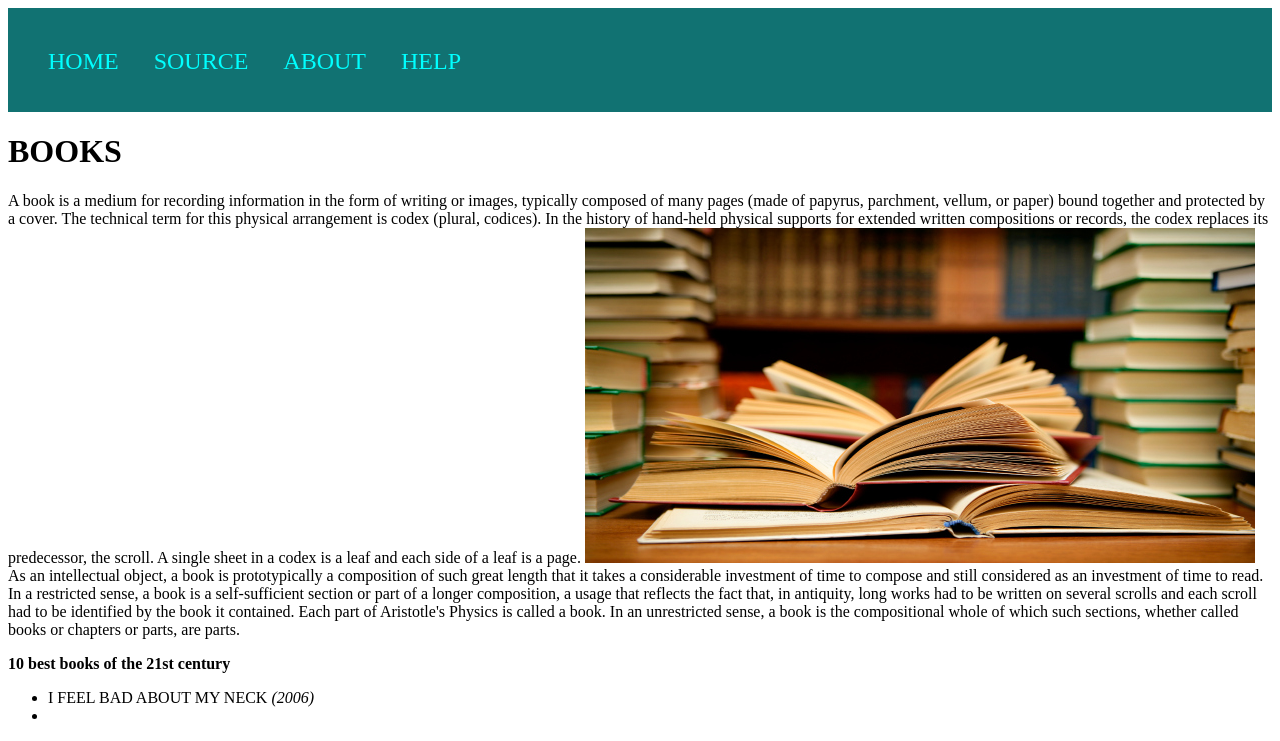
Repository: Hanan-arts/websites
Page: 01 web design/website.html
An editor plug-in stored every save of this project. The page is shown before and after the next save, followed by the edit.
The browser window is 1280 px wide. The pictures show the whole page.

Above is the page before, as saved 2021-02-13 21:18:39.

### 01 web design/website.html
<!DOCTYPE html>
<html lang="en">
<head>
    <meta charset="UTF-8">
    <meta http-equiv="X-UA-Compatible" content="IE=edge">
    <meta name="viewport" content="width=device-width, initial-scale=1.0">
    <title>BOOKS WORLD</title>
</head>
<link rel="stylesheet" href="c.css">
<body>
    <div class="container">
        <div class="nav-wrapper">
        <div class="left-side">
            <div class="nav-link-wrapper">
                <a href="website.html">HOME</a>
            </div>
            <div class="nav-link-wrapper">
                <a href="Source.html">SOURCE</a>
            </div>
                <div class="nav-link-wrapper">
                    <a href="About.html">ABOUT</a>
                </div>
                    <div class="nav-link-wrapper">
                        <a href="Help.html">HELP</a>
                    </div>
                </div>
            </div>
        </div>
        </div>
        </div>
    </div>
<h1><b>BOOKS</b></h1>
<p>A book is a medium for recording information in the form of writing or images, typically composed of
many pages (made of papyrus, parchment, vellum, or paper) bound together and protected by a cover.
The technical term for this physical arrangement is codex (plural, codices). In the history of
hand-held physical supports for extended written compositions or records, the codex replaces its
predecessor, the scroll. A single sheet in a codex is a leaf and each side of a leaf is a page.
<img src="books-for-survey.jpg" ><br>

As an intellectual object, a book is prototypically a composition of such great length that it takes
a considerable investment of time to compose and still considered as an investment of time to read.
In a restricted sense, a book is a self-sufficient section or part of a longer composition,
a usage that reflects the fact that, in antiquity, long works had to be written on several scrolls and
each scroll had to be identified by the book it contained. Each part of Aristotle's Physics is called a
book.
In an unrestricted sense, a book is the compositional whole of which such sections, whether called books
or chapters or parts,
are parts.
</body>
<p><b>10 best books of the 21st century</b></p>
<p>
    <div>
        <ul>
            <li>I FEEL BAD ABOUT MY NECK <i>(2006)

            </i></li>
            <li></li>

        </ul>
    </div>

</p>

</html>

### 01 web design/c.css
.nav-wrapper{
    display:flex;
    justify-content: space-between;
    padding: 40px;
    background-color: rgb(17, 114, 114);
}
.left-side{
    display: flex;
}
.nav-wrapper > .left-side > div {
    margin-right: 35px;
    font-size: 1.5em;
    text-transform: uppercase;
}
.nav-link-wrapper{
    height: 23px;
    border-bottom: 1.2px solid transparent;
    transition: border-bottom 0.7s;
}
.nav-link-wrapper a {
    color: aqua;
    text-decoration: wavy;
    transition: color 0.7s;
}
.nav-link-wrapper:hover{
    border-bottom: 1.5px solid gray;
}
.nav-link-wrapper a:hover{
    color: gray;
}

After the next save:
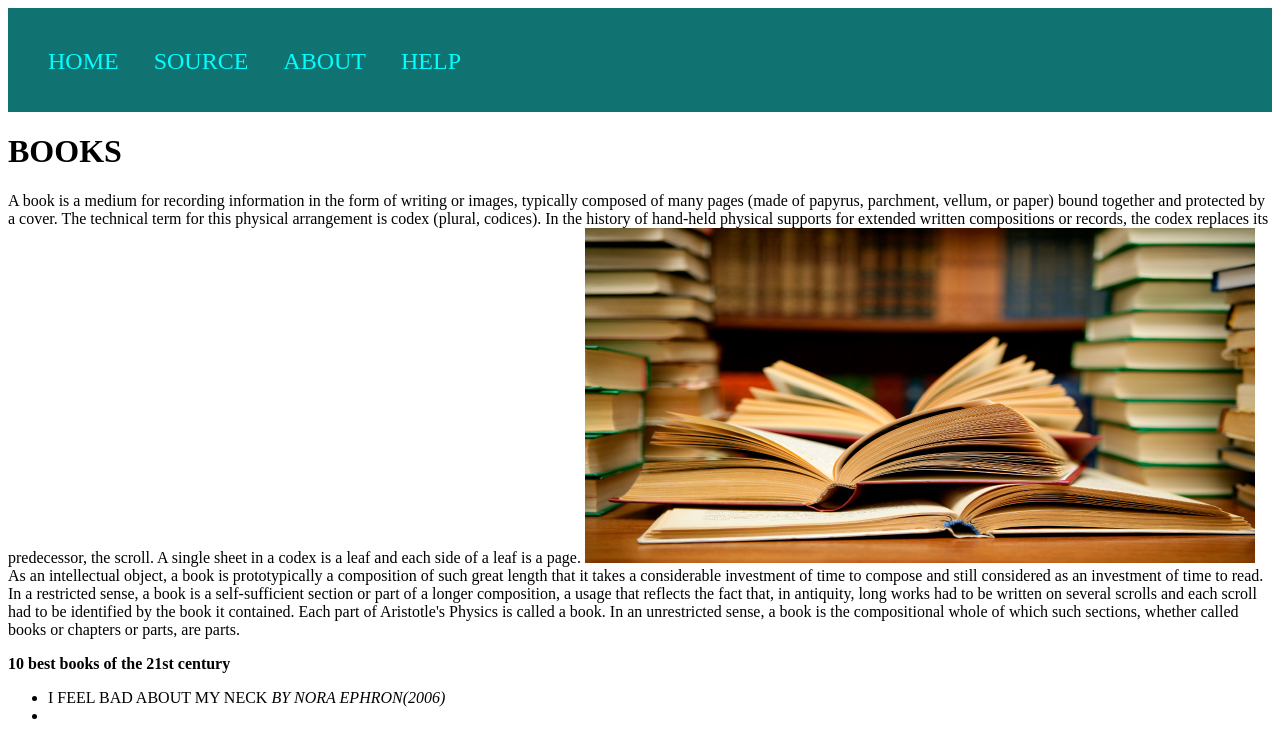
Saved 6 s later.
--- a/01 web design/website.html
+++ b/01 web design/website.html
@@ -51,7 +51,7 @@ are parts.
 <p>
     <div>
         <ul>
-            <li>I FEEL BAD ABOUT MY NECK <i>(2006)
+            <li>I FEEL BAD ABOUT MY NECK <i>BY NORA EPHRON(2006)
 
             </i></li>
             <li></li>
